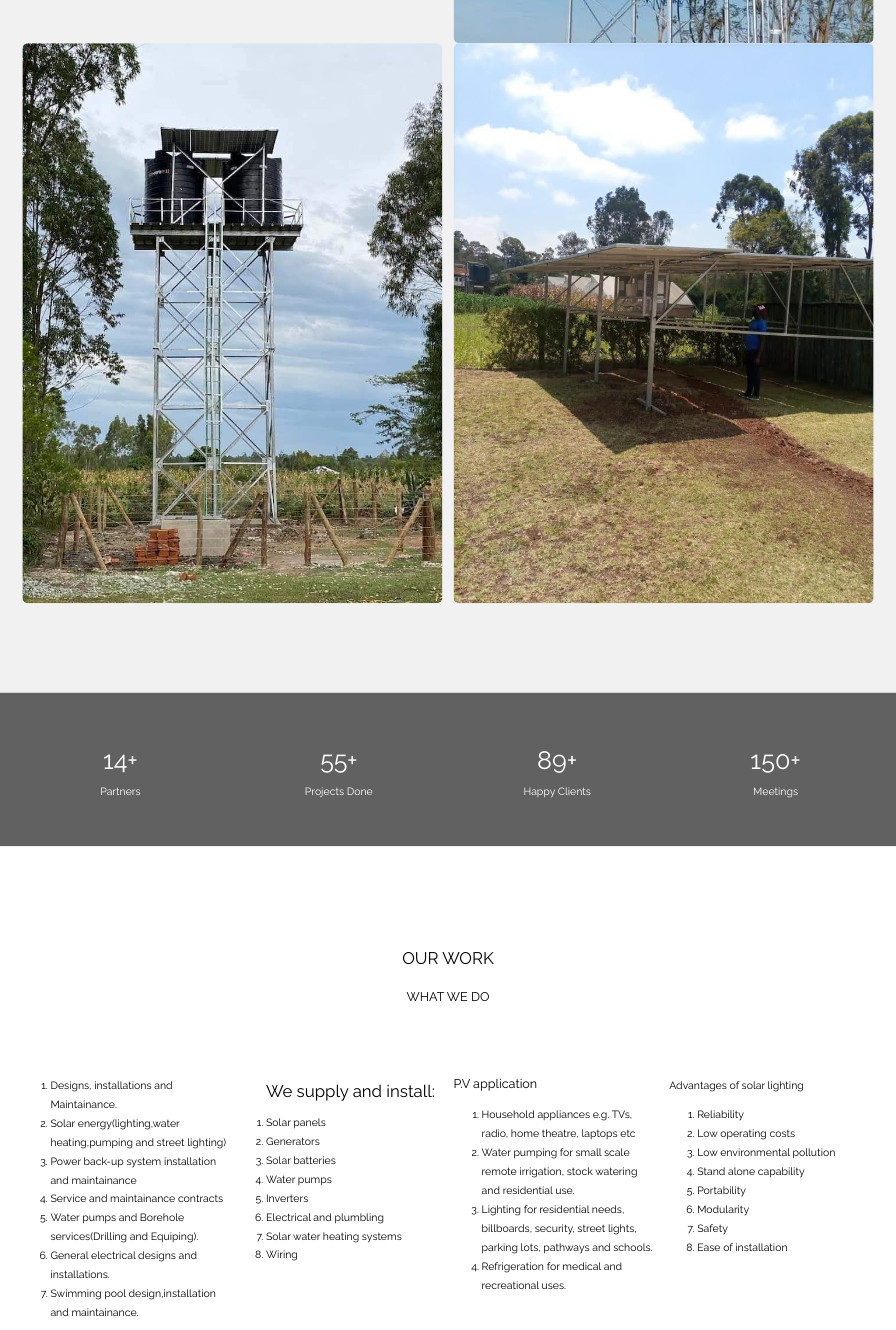
Repository: peterclermy232/LAZCOM
Page: index.html
The author's editor kept a copy of each file at every save. The page is drawn from the files as they stood at one save, then again after a run of saves.
The browser window is 1280 px wide. The pictures show the part of the page from y = 2564 to 4464 px (the page is 6884 px tall before and 8484 px after), at 70% of full size.
A picture or video elsewhere on the page could not be fetched, so the positions and the page height are approximate.

Above is the page before, as saved 2022-06-23 08:40:23.

After the next 2 saves:
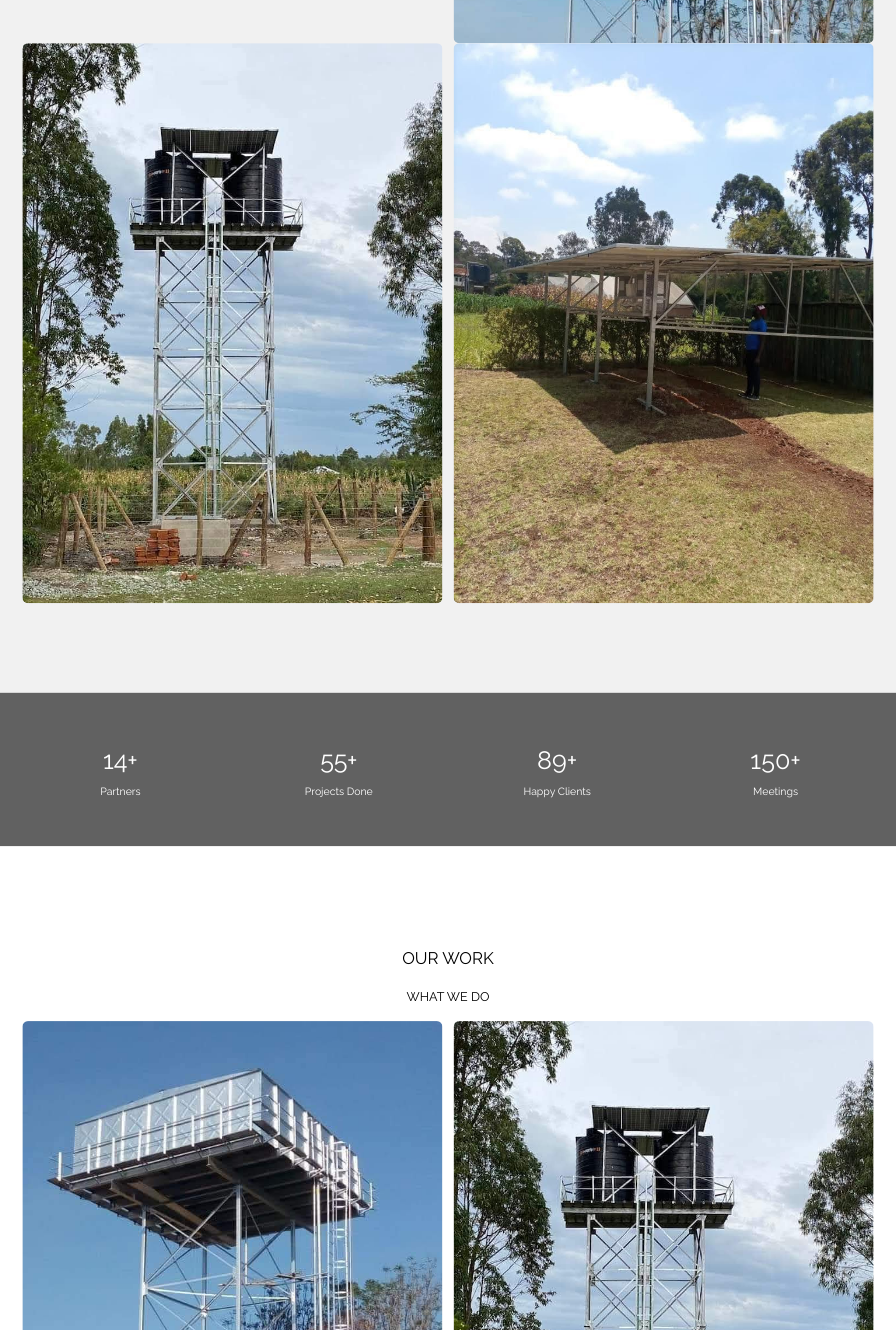
The 2 saves are shown as one change because they came seconds apart.
The last was saved 8 s later.
--- a/index.html
+++ b/index.html
@@ -186,9 +186,16 @@ body, html {
   <p class="w3-center w3-large">WHAT WE DO</p>
 
   <div class="w3-row-padding" >
-
-
-
+    <div class="w3-col m6">
+      <img class="w3-image w3-round-large" src="images/metal.jpeg" alt="Buildings" width="700" height="394">
+    </div>
+    <div class="w3-col m6">
+
+      <img class="w3-image w3-round-large" src="images/tank.jpeg" alt="Buildings" width="700" height="394">
+    </div>
+    <div class="w3-col m6">
+      <img class="w3-image w3-round-large" src="images/person2.jpeg" alt="Buildings" width="700" height="394">
+    </div>
 
   </div>
 
